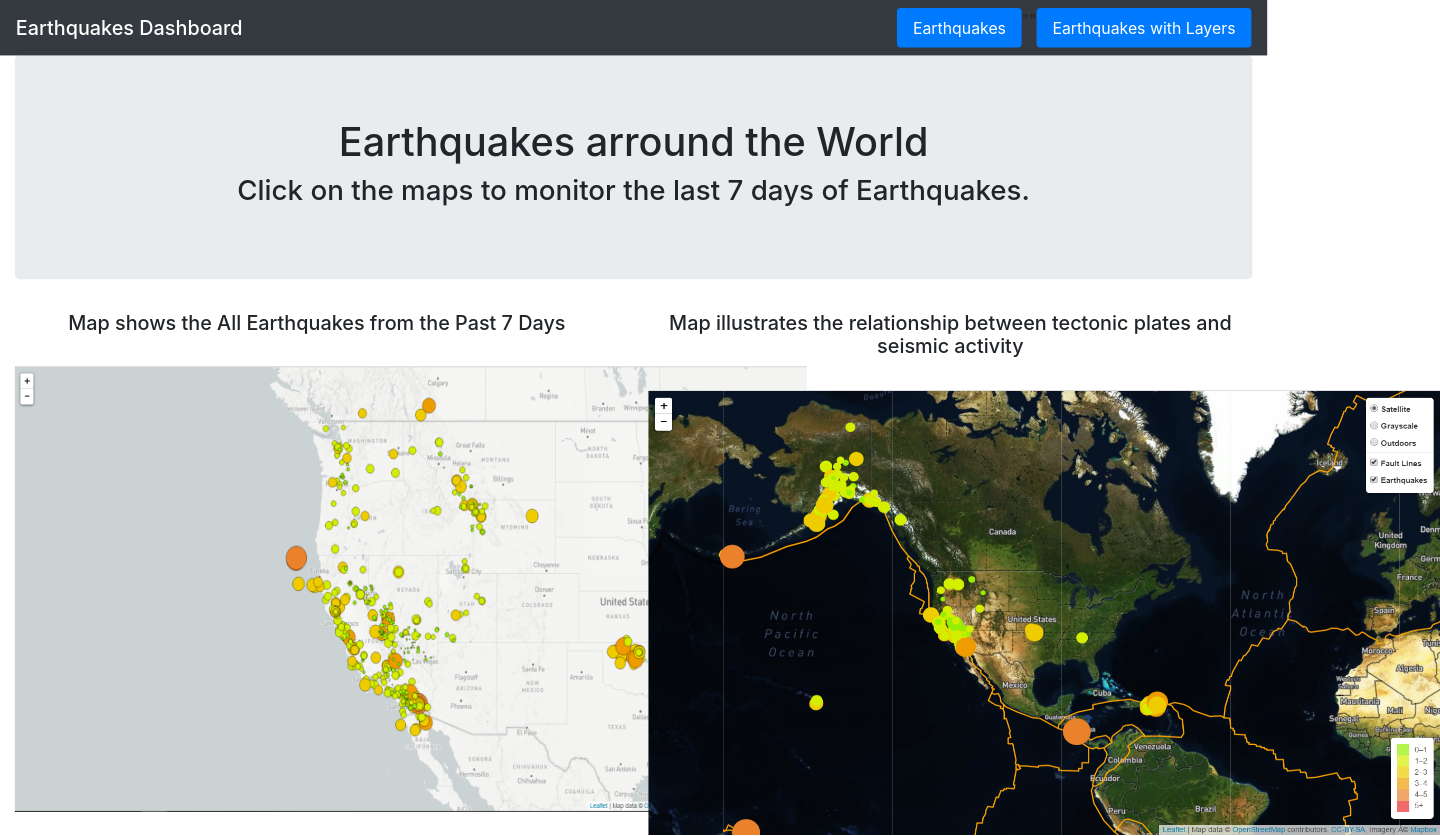
Repository: ermiasgelaye/leaflet-challenge
Page: index.html
These files come from the project's save history. The page is drawn as it stood at one moment and after the next save; the edit follows.
The browser window is 1280 px wide. The page is 1455 px wide, so the pictures cover 1455 px, including what lies to the right of the window. The pictures show the whole page, at 99% of full size.

Above is the page before, as saved 2020-09-18 22:44:56.

### index.html
<!DOCTYPE html>
<html lang="en">

<head>
    <meta charset="UTF-8" />
    <meta name="viewport" content="width=device-width, initial-scale=1.0" />
    <meta http-equiv="X-UA-Compatible" content="ie=edge" />
    <title>Earthquakes Dashboard</title>
    <link rel="stylesheet" href="https://stackpath.bootstrapcdn.com/bootstrap/4.3.1/css/bootstrap.min.css" integrity="sha384-ggOyR0iXCbMQv3Xipma34MD+dH/1fQ784/j6cY/iJTQUOhcWr7x9JvoRxT2MZw1T" crossorigin="anonymous" />

    <!-- jQuery library -->
    <script src="https://ajax.googleapis.com/ajax/libs/jquery/3.4.1/jquery.min.js"></script>
    <link rel="stylesheet" type="text/css" href="static/css/style.css" />
    <!-- Latest compiled JavaScript -->
    <script src="https://maxcdn.bootstrapcdn.com/bootstrap/4.3.1/js/bootstrap.min.js"></script>
</head>

<body>
    <nav class="navbar navbar-dark bg-dark size_hide">
        <a href="index.html"><span class="navbar-brand mb-0 h1 back_color"
          >Earthquakes Dashboard</span
        ></a
      >

      <ul class="nav nav-pills">
        <li class="nav-item">
          <a class="nav-link active" href="Leaflet-Step-1/step-1.html"
            >Earthquakes</a>
        </li>
        <a>""</a>
        <li class="nav-item">
          <a class="nav-link active" href="Leaflet-Step-2/step-2.html"
            >Earthquakes with Layers</a
          >
        </li>
      </ul>
    </nav>
    <div  class="container-fluid">
      <div class="jumbotron text-center">

        <h1>Earthquakes arround the World</h1>
        <h3>
          Click on the maps to monitor the last 7 days of Earthquakes.
        </h3>
      </div>
      <div class="row">
        <div class="col-lg-6">
          <h5 style="text-align:center;"> Map shows the All Earthquakes from the Past 7 Days</h6>
          <br />
          <a href="Leaflet-Step-1/step-1.html"
            ><img
              src="images/2-BasicMap.png"
              alt="Mapping without Layers"
              width="800"
              height="450"
          /></a>
        </div>
        <div class="col-lg-6">
            <h5 style="text-align:center;">
                Map illustrates the relationship between tectonic plates and seismic activity
            </h6>
            <br />
            <a href="Leaflet-Step-2/step-2.html">
                <img src="images/5-Advanced.png" alt="Mapping with Layers" width="800" height="450" /></a>
        </div>
        </div>
        </div>
</body>

</html>

Loaded but not shown: static/css/style.css (common file)

After the next save:
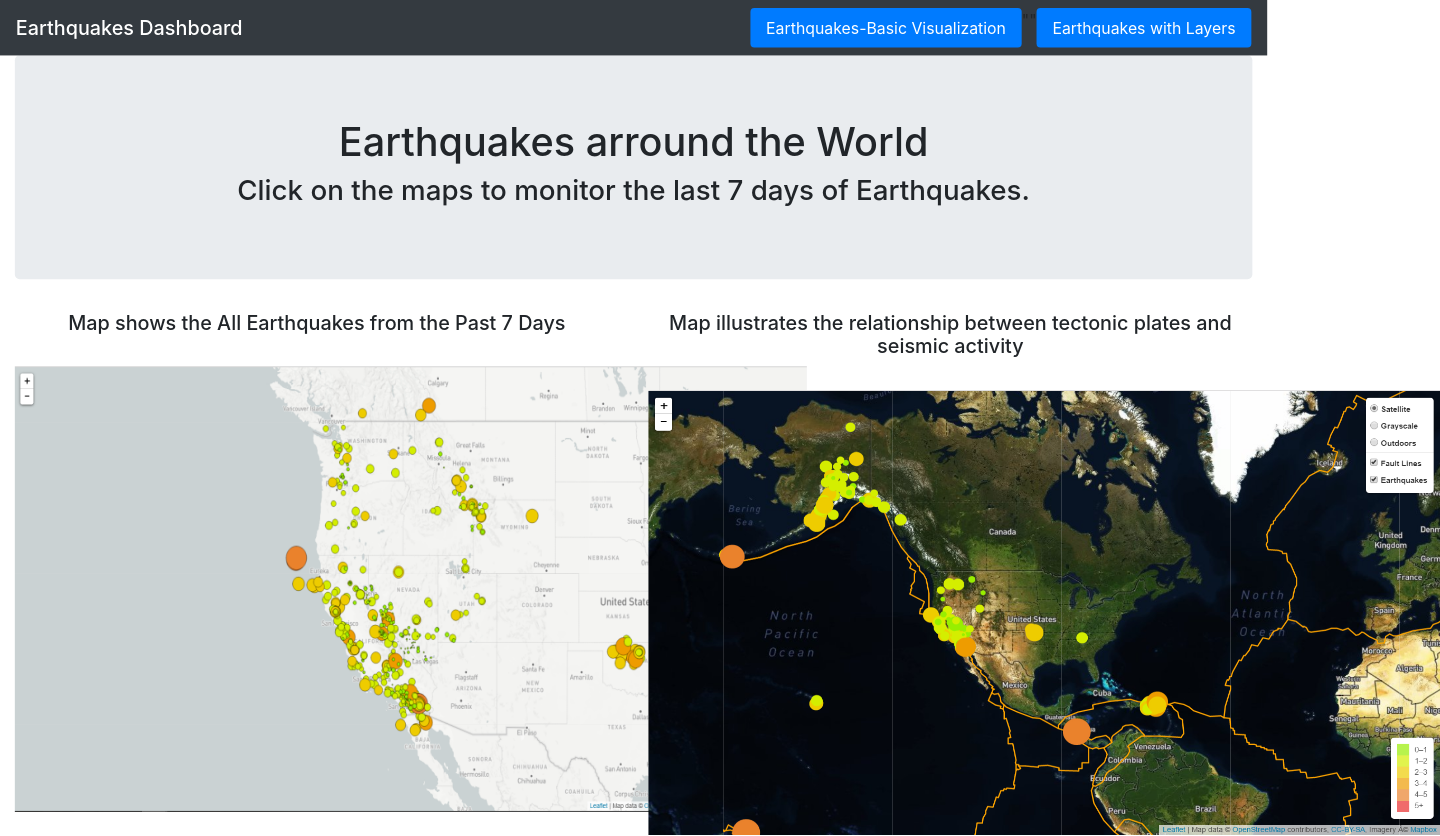
Saved 2 min 34 s later.
--- a/index.html
+++ b/index.html
@@ -25,7 +25,7 @@
       <ul class="nav nav-pills">
         <li class="nav-item">
           <a class="nav-link active" href="Leaflet-Step-1/step-1.html"
-            >Earthquakes</a>
+            >Earthquakes-Basic Visualization</a>
         </li>
         <a>""</a>
         <li class="nav-item">
